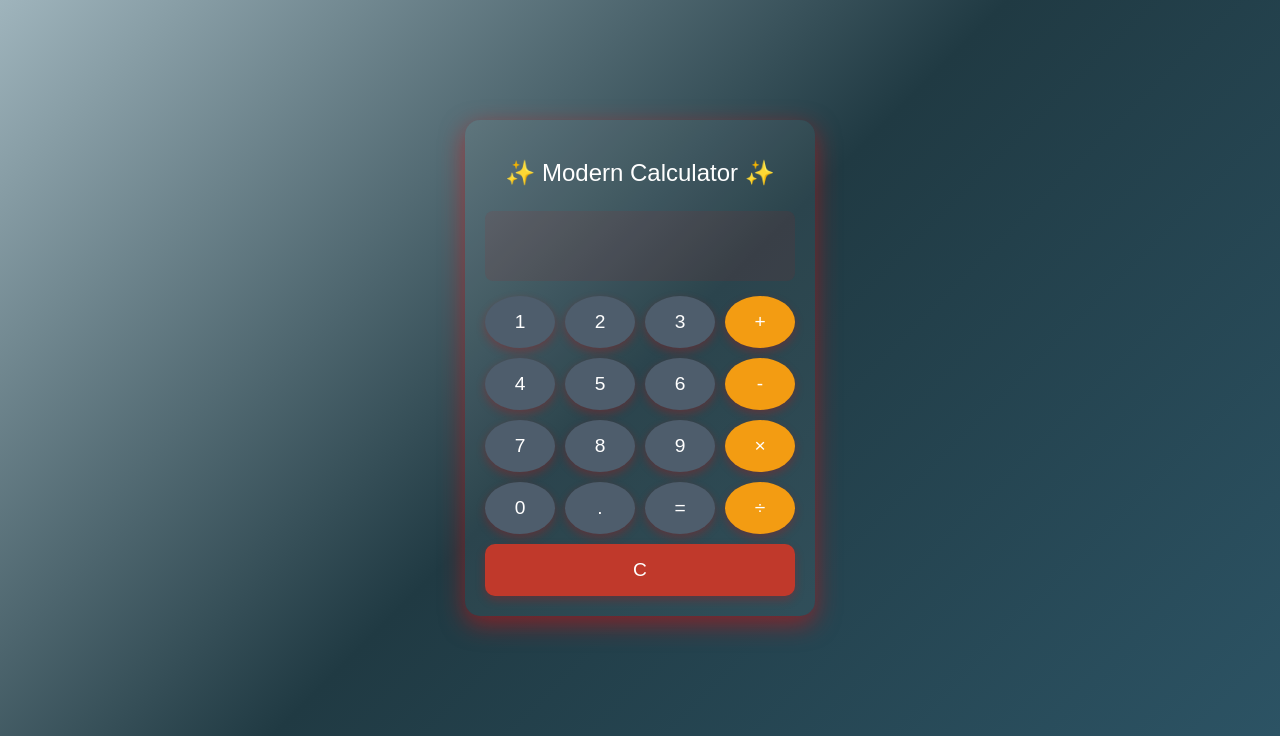
Repository: hawamubarakk/Calculator
Page: calculator.html
An editor plug-in stored every save of this project. The page is shown before and after the next save, followed by the edit.
The browser window is 1280 px wide. The pictures show the whole page.

Above is the page before, as saved 2025-08-15 21:49:40.

### calculator.html
<!DOCTYPE html>
<html lang="en">
<head>
  <meta charset="UTF-8">
  <meta name="viewport" content="width=device-width, initial-scale=1.0">
  <title>Modern Calculator</title>
  <link rel="stylesheet" href="style.css">
</head>
<body>
  <div class="calculator-container">
    <h2>✨ Modern Calculator ✨</h2>
    <p class="js-calculation"></p>

    <div class="buttons-grid">
      <button data-value="1">1</button>
      <button data-value="2">2</button>
      <button data-value="3">3</button>
      <button class="op" data-value="+">+</button>

      <button data-value="4">4</button>
      <button data-value="5">5</button>
      <button data-value="6">6</button>
      <button class="op" data-value="-">-</button>

      <button data-value="7">7</button>
      <button data-value="8">8</button>
      <button data-value="9">9</button>
      <button class="op" data-value="*">×</button>

      <button data-value="0">0</button>
      <button data-value=".">.</button>
      <button id="equals">=</button>
      <button class="op" data-value="/">÷</button>

      <button id="clear" class="clear-btn">C</button>
    </div>
  </div>

  <script src="script.js"></script>
</body>
</html>

### style.css
body {
  background: linear-gradient(135deg, #9fb4bc, #203a43, #2c5364);
  font-family: Arial, sans-serif;
  color: white;
  display: flex;
  justify-content: center;
  align-items: center;
  height: 100vh;
}

.calculator-container {
  background: rgba(255, 255, 255, 0.05);
  padding: 20px;
  border-radius: 15px;
  box-shadow: 0 8px 25px rgba(226, 9, 9, 0.527);
  text-align: center;
}

h2 {
  margin-bottom: 10px;
  font-weight: normal;
}

.js-calculation {
  background: rgba(174, 19, 19, 0.1);
  padding: 15px;
  border-radius: 8px;
  font-size: 1.5rem;
  margin-bottom: 15px;
  min-height: 40px;
  transition: all 0.3s ease-in-out;
}

.buttons-grid {
  display: grid;
  grid-template-columns: repeat(4, 70px);
  gap: 10px;
}

button {
  font-size: 1.2rem;
  padding: 15px;
  border: none;
  border-radius: 50%;
  background: #4e5d6c;
  color: white;
  cursor: pointer;
  transition: transform 0.15s ease, background 0.3s ease;
  box-shadow: 0 4px 10px rgba(200, 13, 13, 0.3);
}

button:hover {
  background: #5b8abc;
  transform: scale(1.1);
}

button:active {
  transform: scale(0.9);
}

.op {
  background: #f39c12;
}

.op:hover {
  background: #e67e22;
}

.clear-btn {
  grid-column: span 4;
  border-radius: 10px;
  background: #c0392b;
}

.clear-btn:hover {
  background: #e74c3c;
}

### script.js
let calculation = localStorage.getItem('calculation') || '';
displayCalculation();

function updateCalculation(value) {
  calculation += value;
  displayCalculation();
  localStorage.setItem('calculation', calculation);
}

function displayCalculation() {
  document.querySelector('.js-calculation').textContent = calculation;
}

function evaluateCalculation() {
  try {
    calculation = eval(calculation);
    displayCalculation();
    localStorage.setItem('calculation', calculation);
  } catch {
    calculation = "Error";
    displayCalculation();
  }
}

function clearCalculation() {
  calculation = '';
  displayCalculation();
  localStorage.setItem('calculation', calculation);
}

// Mouse Click Support
document.querySelectorAll('button[data-value]').forEach(btn => {
  btn.addEventListener('click', () => {
    updateCalculation(btn.getAttribute('data-value'));
  });
});

document.getElementById('equals').addEventListener('click', evaluateCalculation);
document.getElementById('clear').addEventListener('click', clearCalculation);

// Keyboard Support
document.addEventListener("keydown", function(event) {
  const key = event.key;

  if (!isNaN(key) || key === ".") updateCalculation(key);
  if (["+", "-", "*", "/"].includes(key)) updateCalculation(` ${key} `);
  if (key === "Enter") evaluateCalculation();
  if (key === "Backspace") {
    calculation = calculation.slice(0, -1);
    displayCalculation();
  }
  if (key === "Escape") clearCalculation();
});

After the next save:
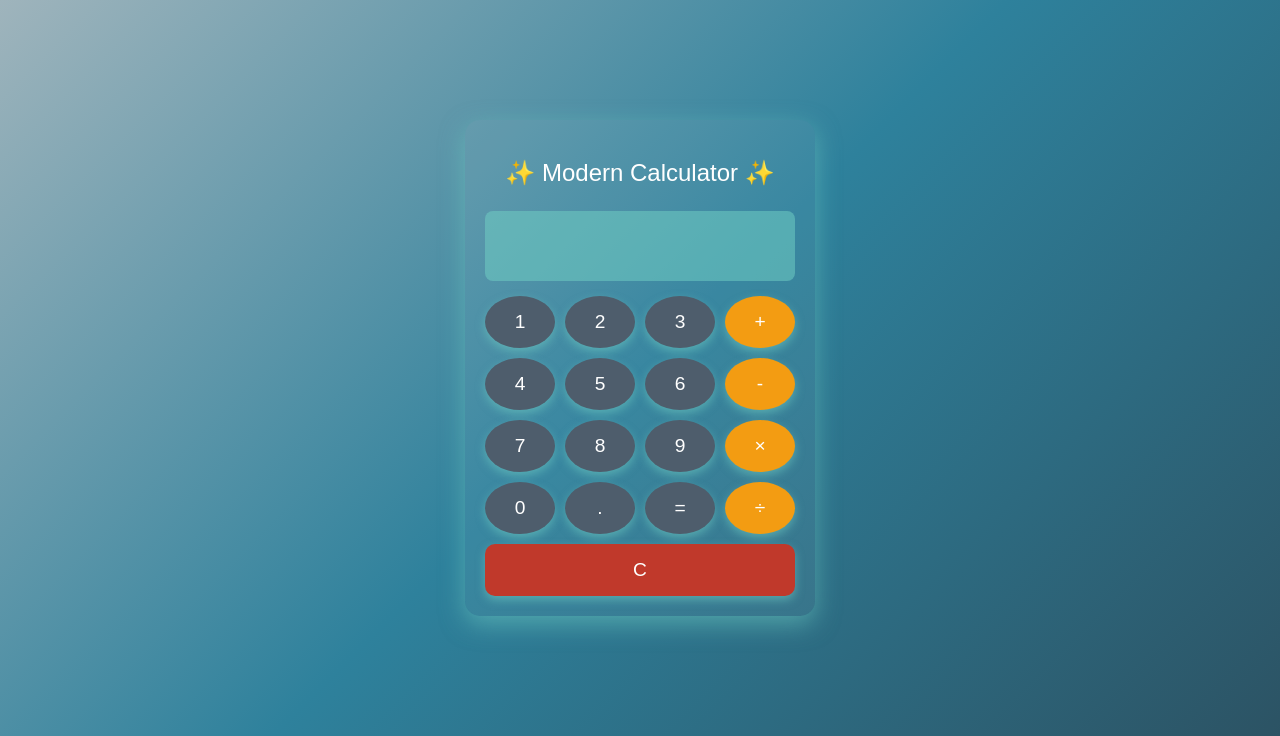
Saved 2 min 19 s later.
--- a/style.css
+++ b/style.css
@@ -1,5 +1,5 @@
 body {
-  background: linear-gradient(135deg, #9fb4bc, #203a43, #2c5364);
+  background: linear-gradient(135deg, #9fb4bc, #2e819c, #2c5364);
   font-family: Arial, sans-serif;
   color: white;
   display: flex;
@@ -12,7 +12,7 @@ body {
   background: rgba(255, 255, 255, 0.05);
   padding: 20px;
   border-radius: 15px;
-  box-shadow: 0 8px 25px rgba(226, 9, 9, 0.527);
+  box-shadow: 0 8px 25px rgba(112, 207, 196, 0.527);
   text-align: center;
 }
 
@@ -22,7 +22,7 @@ h2 {
 }
 
 .js-calculation {
-  background: rgba(174, 19, 19, 0.1);
+  background: rgba(112, 207, 196, 0.527);
   padding: 15px;
   border-radius: 8px;
   font-size: 1.5rem;
@@ -46,7 +46,7 @@ button {
   color: white;
   cursor: pointer;
   transition: transform 0.15s ease, background 0.3s ease;
-  box-shadow: 0 4px 10px rgba(200, 13, 13, 0.3);
+  box-shadow: 0 4px 10px rgba(112, 207, 196, 0.527);
 }
 
 button:hover {
